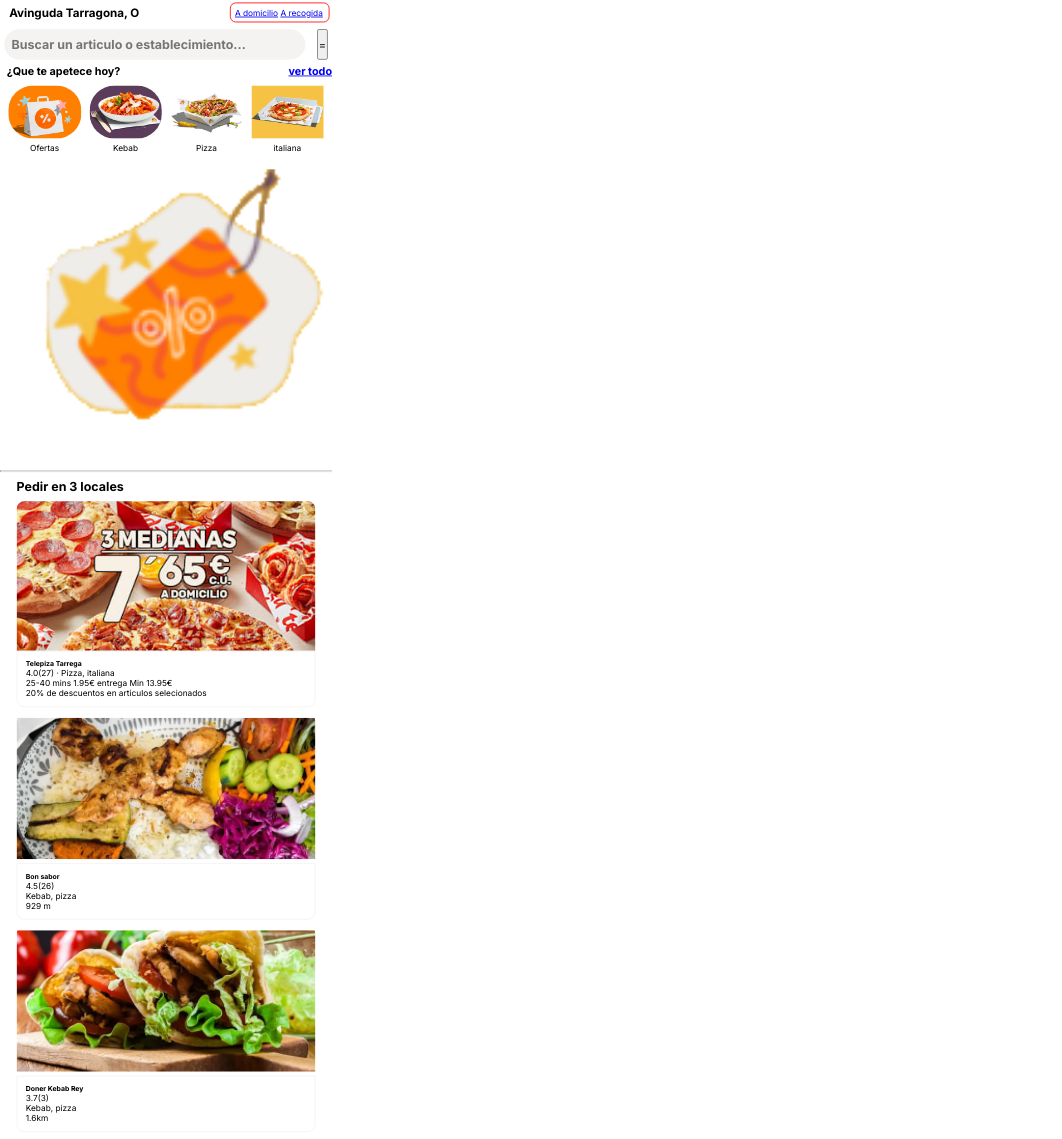
Repository: Srpinedaa/justEat
Page: index.html
The author's editor kept a copy of each file at every save. The page is drawn from the files as they stood at one save, then again after the next save.
The browser window is 1280 px wide. The pictures show the whole page, at 83% of full size.

Above is the page before, as saved 2024-10-03 16:01:55.

After the next save:
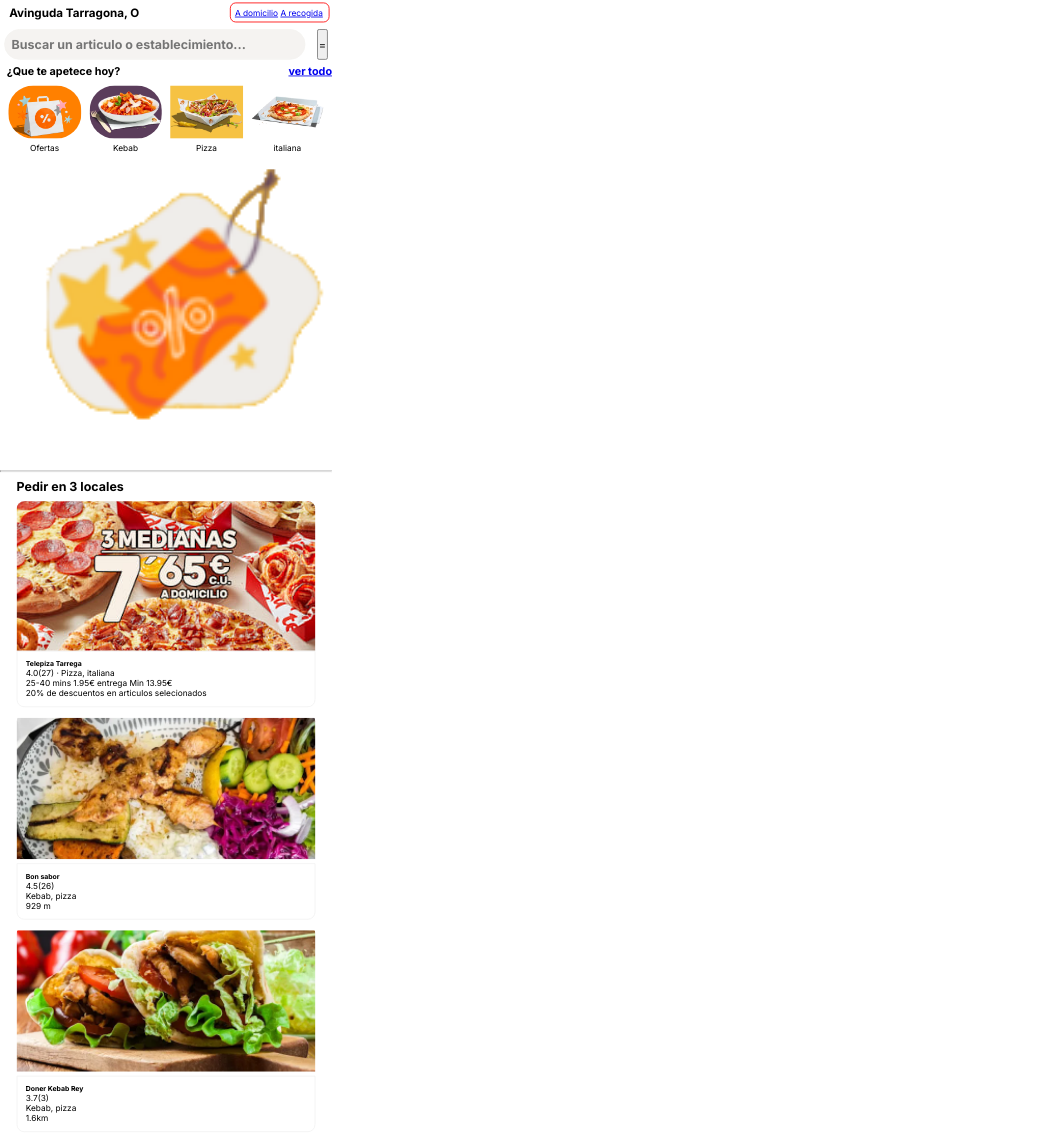
Saved 11 s later.
--- a/index.html
+++ b/index.html
@@ -41,11 +41,11 @@
                             <img src="img/italiana.png" alt="italiana">
                             <p>Kebab</p>
                         </div>
-                        <div class="fotoComida pizza">
+                        <div class="fotoComida italiana">
                             <img src="img/kebab.png" alt="kebab">
                             <p>Pizza</p>
                         </div>
-                        <div class="fotoComida italiana">
+                        <div class="fotoComida pizza">
                             <img src="img/pizza.png" alt="pizza">
                             <p>italiana</p>
                         </div>
